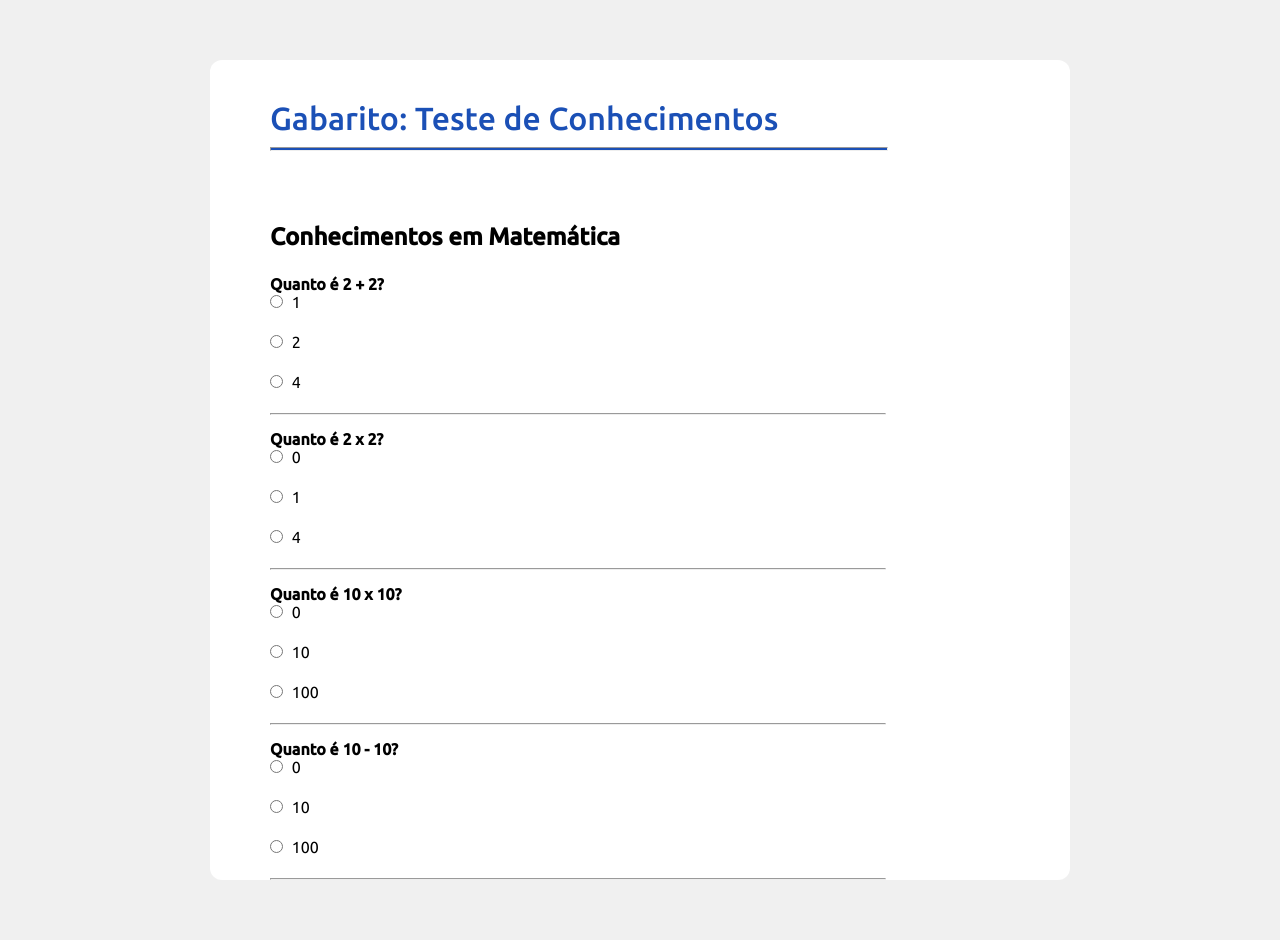
Repository: Delei09/desafioPerguntas
Page: / (app in frontend/)
The author's editor kept a copy of each file at every save. The page is drawn from the files as they stood at one save, then again after the next save.
The browser window is 1280 px wide. The pictures show the whole page.
The project was rebuilt for these pictures with package versions that can differ from the ones it lists, and the page was loaded fresh each time.

Above is the page before, as saved 2021-08-18 11:50:59.

After the next save:
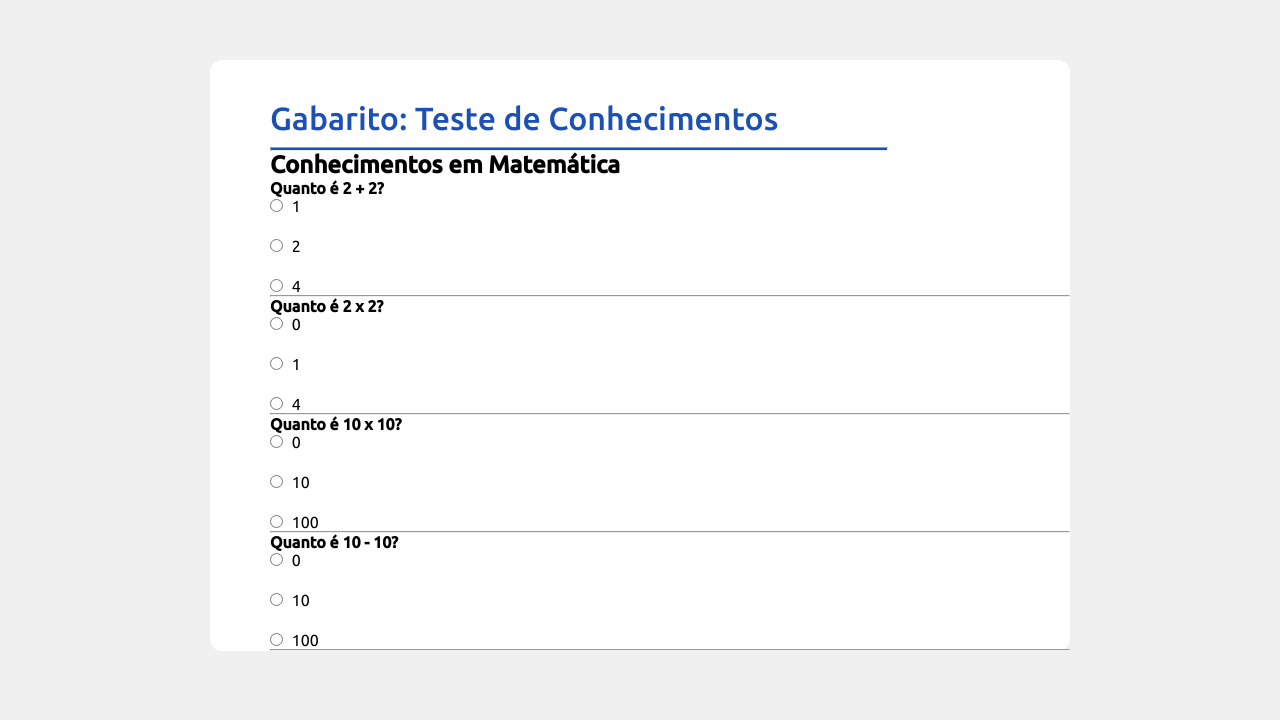
Saved 54 s later.
--- a/frontend/src/components/ContainerMain.tsx
+++ b/frontend/src/components/ContainerMain.tsx
@@ -9,13 +9,13 @@ type mainType = {
 const Main: React.FC<mainType> = ({...props}) => {
 
  return(
-  <main>
+  <section>
        <h2>{props.titulo}</h2>
        <div>
           {props.children}
        </div>
 
-  </main>
+  </section>
  )
 } ;
 

After the 3 saves that followed:
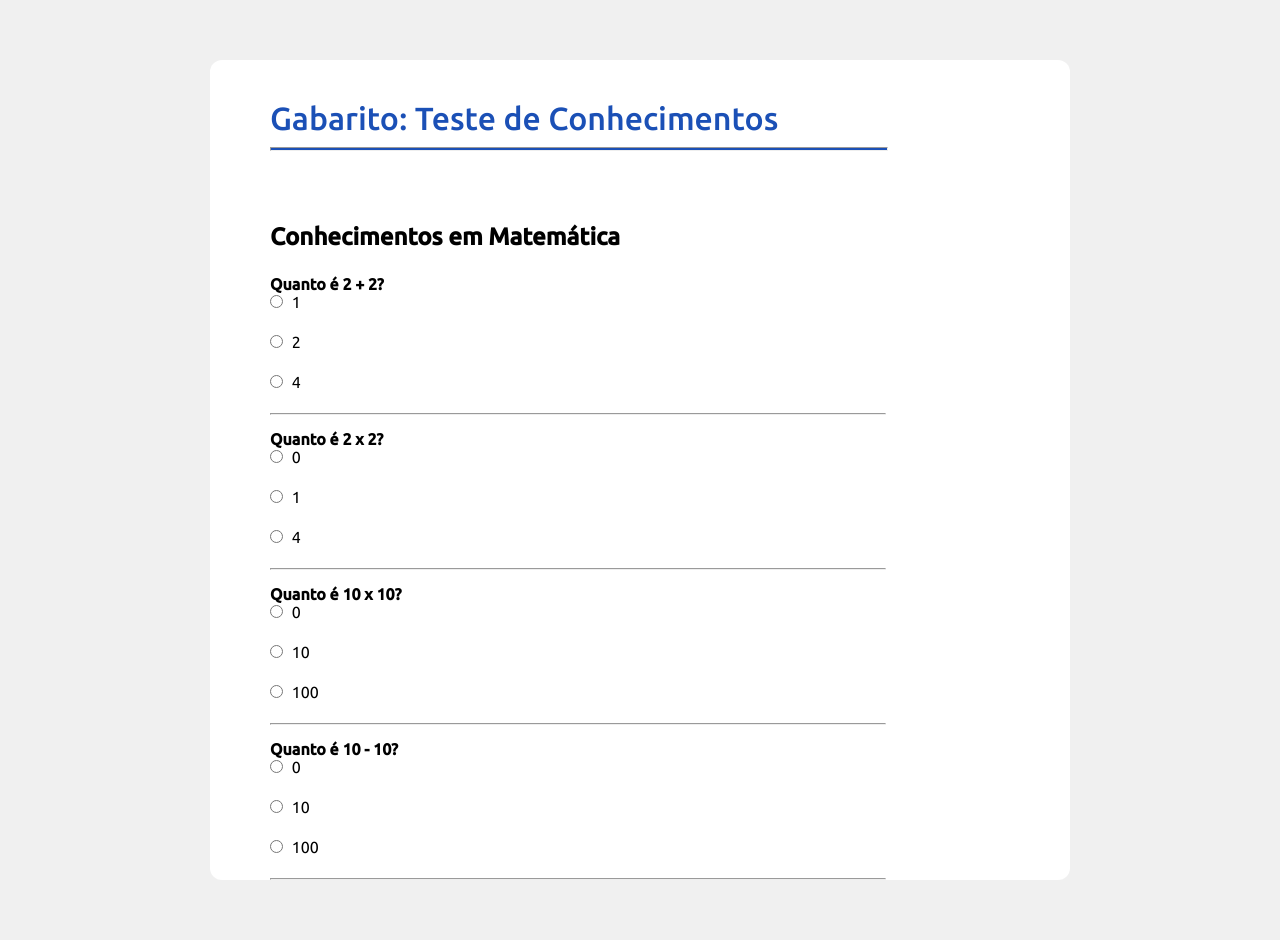
The 3 saves are shown as one change because 2 left the picture as it was.
The last was saved 45 s later.
--- a/frontend/src/components/ContainerMain.tsx
+++ b/frontend/src/components/ContainerMain.tsx
@@ -1,5 +1,5 @@
 import React from 'react';
-import '../styles/main.scss'
+import '../styles/containerMain.scss'
 
 type mainType = {
  titulo : string
--- a/frontend/src/styles/containerMain.scss
+++ b/frontend/src/styles/containerMain.scss
@@ -1,4 +1,4 @@
-main{
+section{
  display : flex;
  flex-direction: column;
  gap : 24px;
